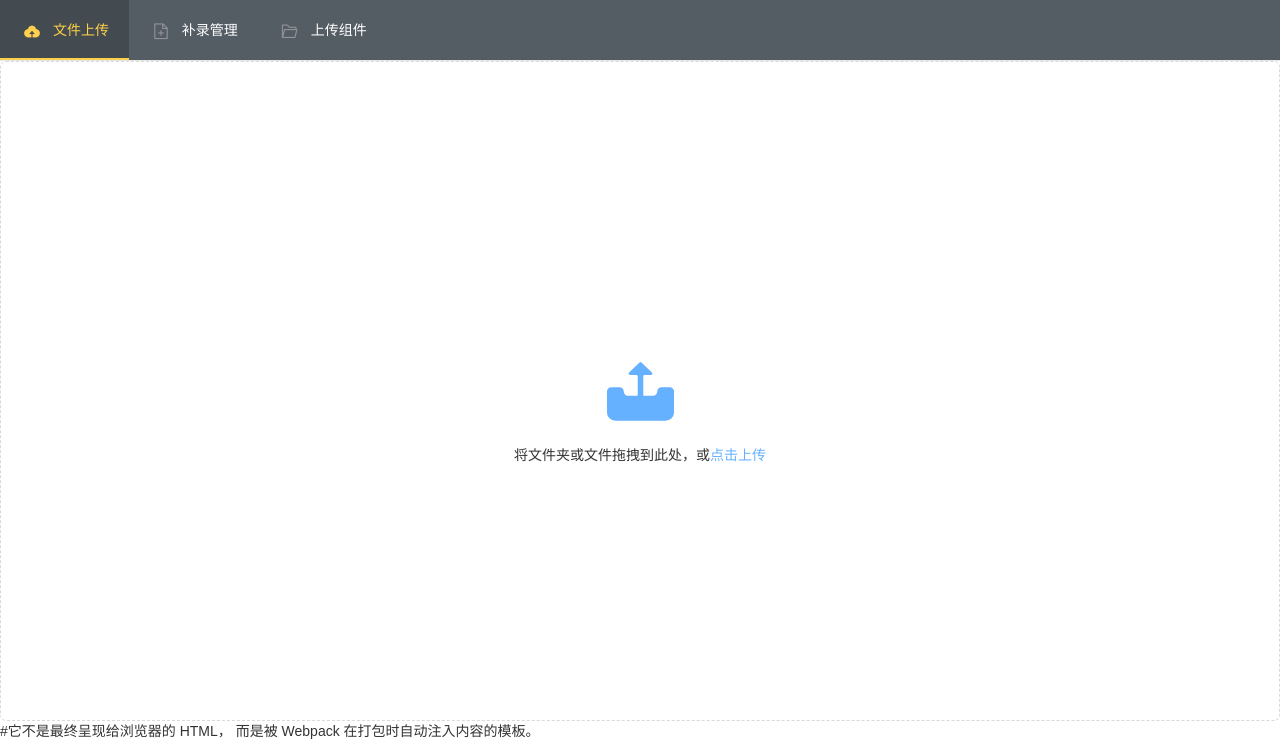
Repository: Savannah20041208/new_web-vue2
Page: /
An editor plug-in stored every save of this project. The page is shown before and after the next save, followed by the edit.
The browser window is 1280 px wide. The pictures show the whole page.
The page's requests for data from a server got no answer. The project was rebuilt for these pictures with package versions that can differ from the ones it lists, and the page was loaded fresh each time. No one was signed in, and anything a server would have sent is missing. Also part of the build but not shown: vue.config.js, src/components/x-upload/components/x-file.vue, src/components/supplement/index.vue.

Above is the page before, as saved 2025-08-04 21:51:05.

After the next save:
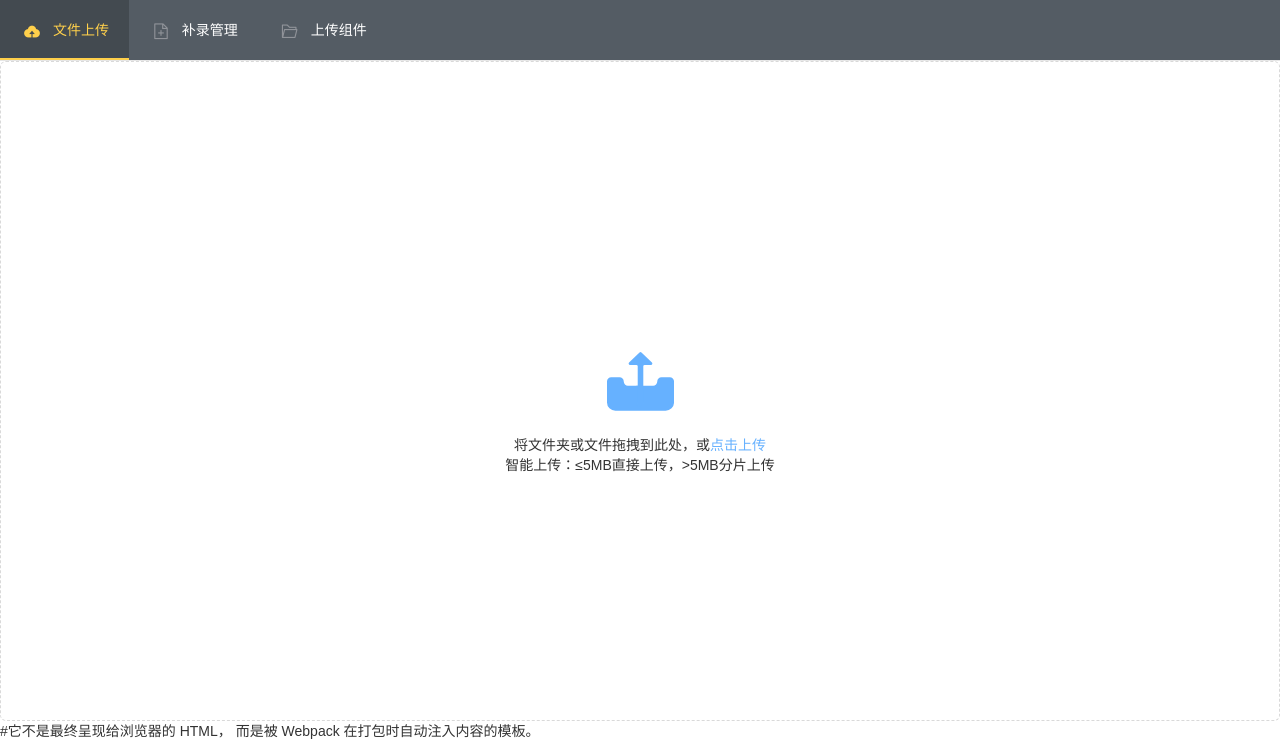
Saved 13 min 25 s later.
--- a/src/components/x-upload/components/folder-drag-upload/index.vue
+++ b/src/components/x-upload/components/folder-drag-upload/index.vue
@@ -20,6 +20,7 @@
             </svg>
           </div>
           <div class="upload__text">将文件夹或文件拖拽到此处，或<em>点击上传</em></div>
+          <div class="upload__tip">智能上传：≤5MB直接上传，>5MB分片上传</div>
         </template>
         <template v-else>
           <el-table :data="Array.from(files)" height="100%" style="width: 100%" show-summary sum-text="共计"
